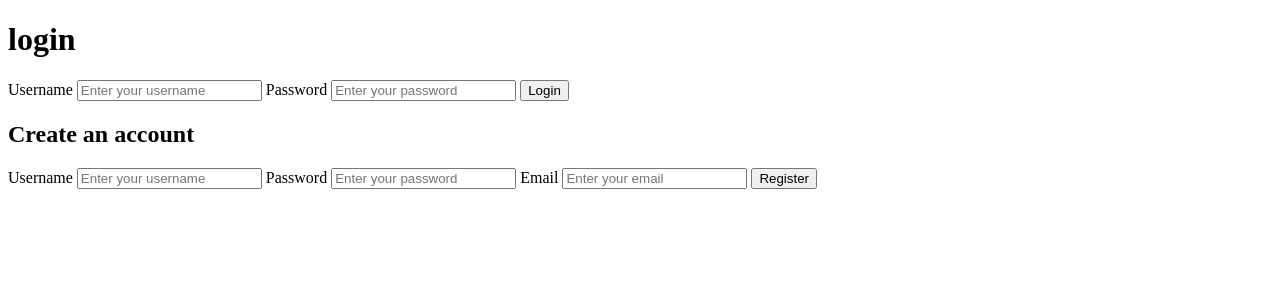
Repository: bao2222/hoc-lam-web
Page: welcome.html
The author's editor kept a copy of each file at every save. The page is drawn from the files as they stood at one save, then again after the next save.
The browser window is 1280 px wide. The pictures show the whole page.

Above is the page before, as saved 2024-12-30 08:51:40.

After the next save:
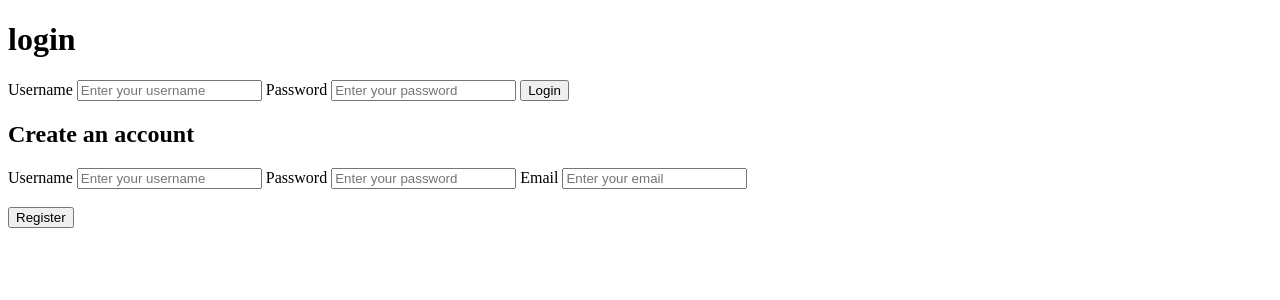
Saved 16 s later.
--- a/welcome.html
+++ b/welcome.html
@@ -41,7 +41,7 @@
                         <input type="password" id="register_password" placeholder="Enter your password" name="password" required>
 
                         <label for="register_email">Email</label>
-                        <input type="email" id="register_email" placeholder="Enter your email" name="email" required>
+                        <input type="email" id="register_email" placeholder="Enter your email" name="email" required><br><br>
 
                         <button type="submit">Register</button>
 
